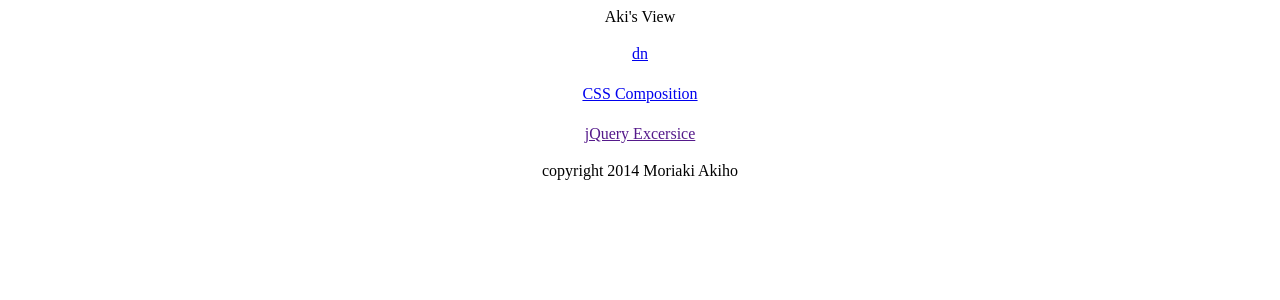
Repository: akihm683/akihm683.github.io
Page: Assignment 2/002. Japan/Japan.html
The author's editor kept a record of every edit. The page is drawn from the files as they stood at one moment, then again after the next edit.
The browser window is 1280 px wide. The pictures show the whole page.

Above is the page before.
Not found: Assignment 2/002. Japan/assets/css/style.css
Not found: Assignment 2/002. Japan/style.css

After the next edit:
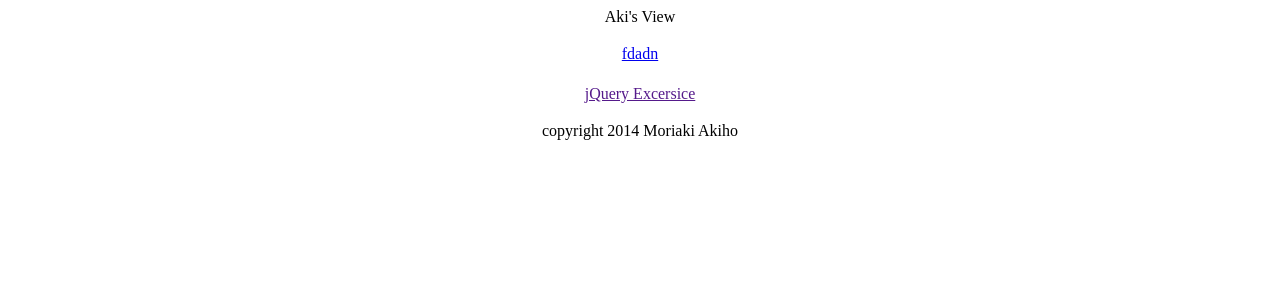
The edit:
--- a/Assignment 2/002. Japan/Japan.html
+++ b/Assignment 2/002. Japan/Japan.html
@@ -15,8 +15,7 @@
     <center>Aki's View<center/>
     <div class="one">
 
-    <center><p><a href="◀︎"> dn</a></p></center>
-    <center><p><a href="▶︎"> CSS Composition</a></p></center>
+    <center><p><a href="▶︎">fdadn</a></p></center>
     <center><p><a href=""> jQuery Excersice</a></p></center>
 
 
